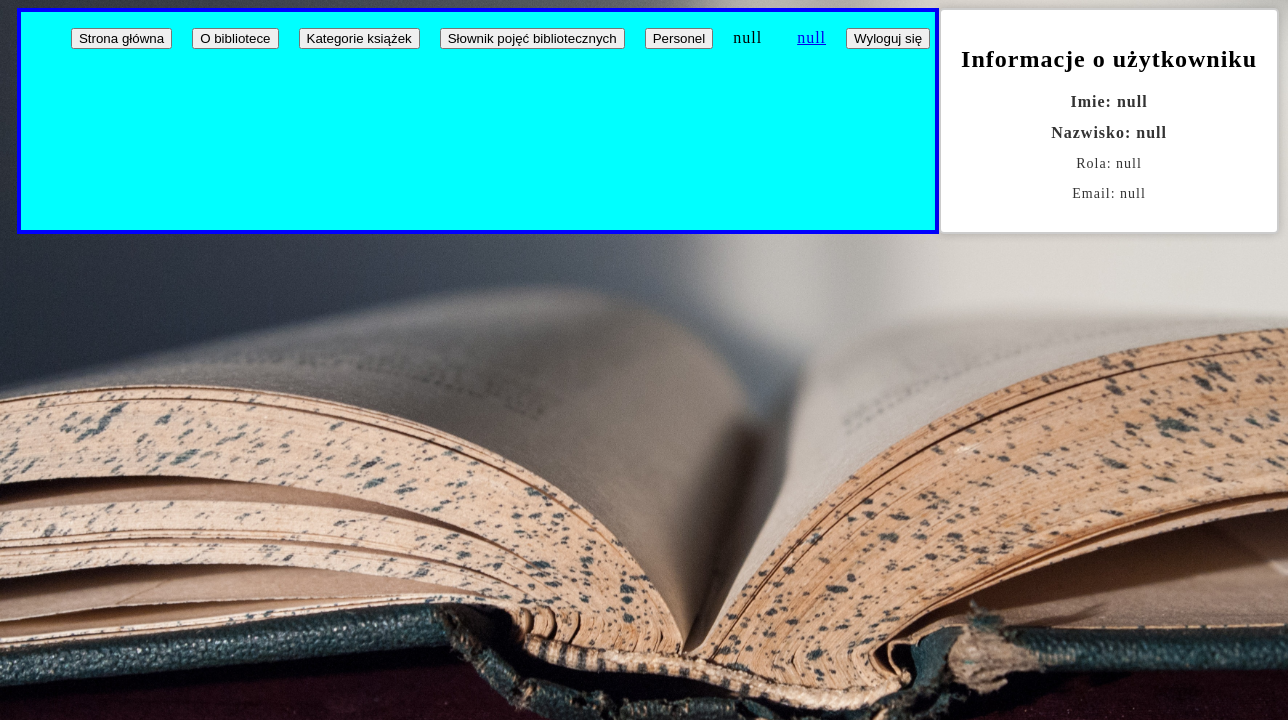
Repository: Dominik098/projekt
Page: http://localhost/biblioteka/info_o_koncie.jsp
These files come from the project's save history. The page is drawn as it stood at one moment and after the next save; the edit follows.
The browser window is 1280 px wide. The page is 1288 px wide, so the pictures cover 1288 px, including what lies to the right of the window. The pictures show the whole page.
The page is served by Tomcat 9. Other server files are loaded and not shown.

Above is the page before, as saved 2023-06-21 07:20:18.

### java projekt/biblioteka/src/main/webapp/info_o_koncie.jsp
 <%@ page language="java" contentType="text/html; charset=UTF-8"%>
<!DOCTYPE html>
<html>
<head>
  <title>Informacje o użytkowniku</title>
  <link rel="stylesheet" type="text/css" href="info_uz.css">
</head>
<body>

<header>
        <nav>
            <ul>
               <li class="znacznik" ><a href="A_strona-gl.jsp"><button class="pobierz" >Strona główna</button></a></li>
                <li class="znacznik" ><a href="B_O bibiotece.jsp"><button class="pobierz" >O bibliotece</button></a></li>
                <li  class="znacznik"><a href="C_Kategorie-książek.jsp"><button class="pobierz">Kategorie książek</button></a></li>
                <!--   <li><a href="D_Wypożyczenia.jsp"><button class="pobierz" >Wypożyczane </a></li>-->
                <li class="znacznik"><a href="E_Słownik pojęć.jsp"><button class="pobierz" >Słownik pojęć bibliotecznych</button></a></li>
                <li class="znacznik"><a href="F_personel.jsp"><button class="pobierz" >Personel</button></a></li>
               <!-- <li class="znacznik"><a href="G_login.jsp">Logowanie</a></li>
                <li class="znacznik"><a href="H_rejestracja.jsp">Rejestracja</a></li>-->

                 <li> <a > <%=session.getAttribute("administrator") %></a><li>


                 <li><a href="info_o_koncie.jsp"><i class="fa fa-user"></i> <%=session.getAttribute("email-login") %></a></li>




                <li  ><a href="#" onclick="confirmLogout()"><button class="pobierz" >Wyloguj się</button></a></li>

            </ul>

        </nav>

    </header>
  <div class="container">
    <h1>Informacje o użytkowniku</h1>
    <div class="user-info">
      <div class="user-details">
        <h2>Imie: <%=session.getAttribute("aimie") %></h2>
        <h2>Nazwisko: <%=session.getAttribute("anazwisko") %></h2>
        <p>Rola: <%=session.getAttribute("administrator") %></p>
        <p>Email: <%=session.getAttribute("email-login") %></p>


      </div>
    </div>
  </div>
</body>
</html>

### java projekt/biblioteka/src/main/webapp/info_uz.css


body {
  width: 100%;
  height: 100%;
  display: flex;
  justify-content: center;
  letter-spacing: 1px;
  background-color: #0c1022;
  background-image: url(zdj.jpg);
  background-size: 1400px;
}

.container {
  background-color: #fff;
  padding: 20px;
  border-radius: 5px;
  box-shadow: 0 0 10px rgba(0, 0, 0, 0.2);
  border: 2px solid #ccc;
  max-width: 400px;
}

h1 {
  text-align: center;
  margin-bottom: 20px;
}

.user-details {
  text-align: center;
}

.user-details h1, .user-details h2, .user-details p {
  color: #333;
  margin-bottom: 10px;
}

/* Dynamiczny design */

.container:hover {
  transform: scale(1.05);
  box-shadow: 0 0 15px rgba(0, 0, 0, 0.3);
  transition: transform 0.3s ease-in-out, box-shadow 0.3s ease-in-out;
}

.container h1 {
  font-size: 24px;
}

.user-details h1 {
  font-size: 18px;
}

.user-details h2 {
  font-size: 16px;
}

.user-details p {
  font-size: 14px;
}



header {
    border: 4px;
    background-color: aqua;
    border: 4px solid blue;
    padding-bottom: 2px;
}

.nav {
    text-align: center;
    padding: 10px;

}

ul li {
    display: inline;
    margin-left: 5px;
    padding: 5px;


}

ul {
    text-align: center;
}


main {
    padding: 3px;
    background-color: blueviolet;
}

After the next save:
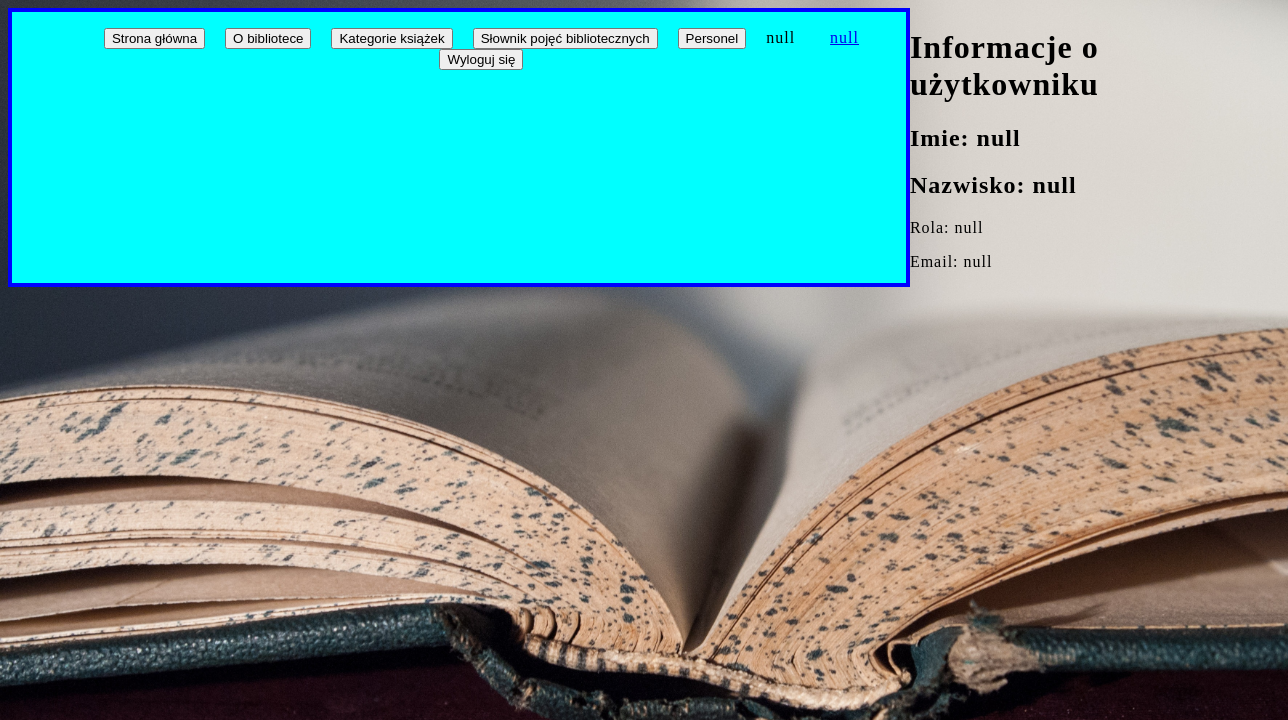
Saved 24 s later.
--- a/java projekt/biblioteka/src/main/webapp/info_uz.css
+++ b/java projekt/biblioteka/src/main/webapp/info_uz.css
@@ -11,52 +11,6 @@
   background-size: 1400px;
 }
 
-.container {
-  background-color: #fff;
-  padding: 20px;
-  border-radius: 5px;
-  box-shadow: 0 0 10px rgba(0, 0, 0, 0.2);
-  border: 2px solid #ccc;
-  max-width: 400px;
-}
-
-h1 {
-  text-align: center;
-  margin-bottom: 20px;
-}
-
-.user-details {
-  text-align: center;
-}
-
-.user-details h1, .user-details h2, .user-details p {
-  color: #333;
-  margin-bottom: 10px;
-}
-
-/* Dynamiczny design */
-
-.container:hover {
-  transform: scale(1.05);
-  box-shadow: 0 0 15px rgba(0, 0, 0, 0.3);
-  transition: transform 0.3s ease-in-out, box-shadow 0.3s ease-in-out;
-}
-
-.container h1 {
-  font-size: 24px;
-}
-
-.user-details h1 {
-  font-size: 18px;
-}
-
-.user-details h2 {
-  font-size: 16px;
-}
-
-.user-details p {
-  font-size: 14px;
-}
 
 
 

After the save that followed:
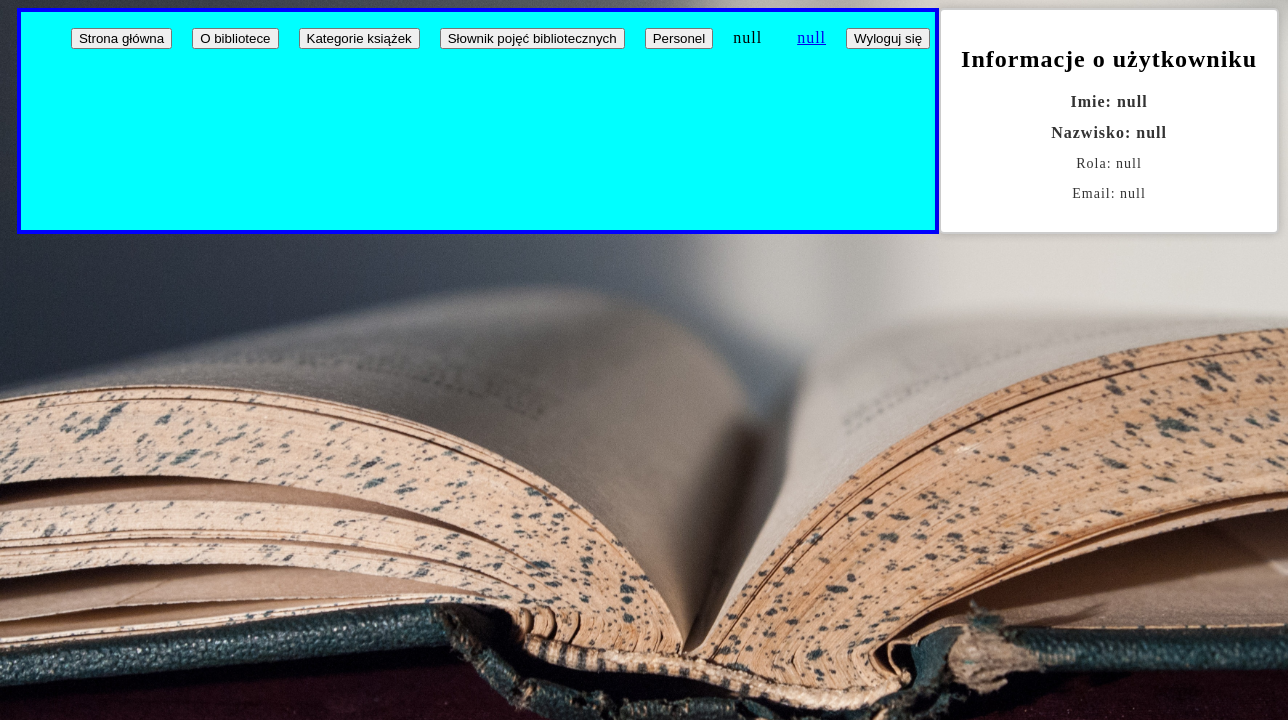
Saved 19 s later.
--- a/java projekt/biblioteka/src/main/webapp/info_uz.css
+++ b/java projekt/biblioteka/src/main/webapp/info_uz.css
@@ -11,6 +11,52 @@
   background-size: 1400px;
 }
 
+.container {
+  background-color: #fff;
+  padding: 20px;
+  border-radius: 5px;
+  box-shadow: 0 0 10px rgba(0, 0, 0, 0.2);
+  border: 2px solid #ccc;
+  max-width: 400px;
+}
+
+h1 {
+  text-align: center;
+  margin-bottom: 20px;
+}
+
+.user-details {
+  text-align: center;
+}
+
+.user-details h1, .user-details h2, .user-details p {
+  color: #333;
+  margin-bottom: 10px;
+}
+
+/* Dynamiczny design */
+
+.container:hover {
+  transform: scale(1.05);
+  box-shadow: 0 0 15px rgba(0, 0, 0, 0.3);
+  transition: transform 0.3s ease-in-out, box-shadow 0.3s ease-in-out;
+}
+
+.container h1 {
+  font-size: 24px;
+}
+
+.user-details h1 {
+  font-size: 18px;
+}
+
+.user-details h2 {
+  font-size: 16px;
+}
+
+.user-details p {
+  font-size: 14px;
+}
 
 
 
